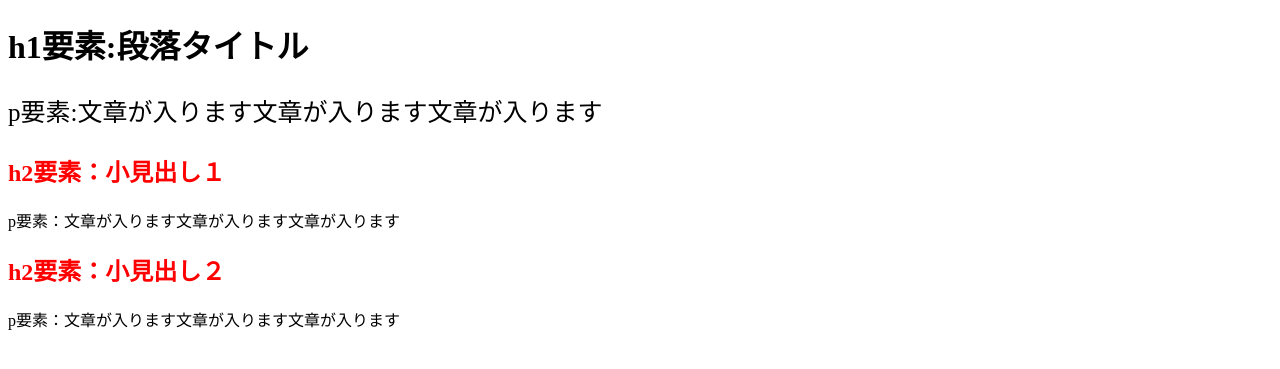
Repository: kenta0810/samurai_html-css
Page: index.html
The author's editor kept a record of every edit. The page is drawn from the files as they stood at one moment, then again after the next edit.
The browser window is 1280 px wide. The pictures show the whole page.

Above is the page before.

### index.html
<!DOCTYPE html>
<html lang="ja">
  <head>
    <meta charset="UTF-8">
    <title>HTML/CSSの学習</title>
    <style>
      h2 {
        color: red;
      }
    </style>
  </head>
  <body>
    <h1>h1要素:段落タイトル</h1>
    <p style="font-size: 25px;">
      p要素:文章が入ります文章が入ります文章が入ります
    </p>
    <h2>h2要素：小見出し１</h2>
    <p>p要素：文章が入ります文章が入ります文章が入ります</p>
    <h2>h2要素：小見出し２</h2>
    <P>p要素：文章が入ります文章が入ります文章が入ります</P>
  </body>
</html>

After the next edit:
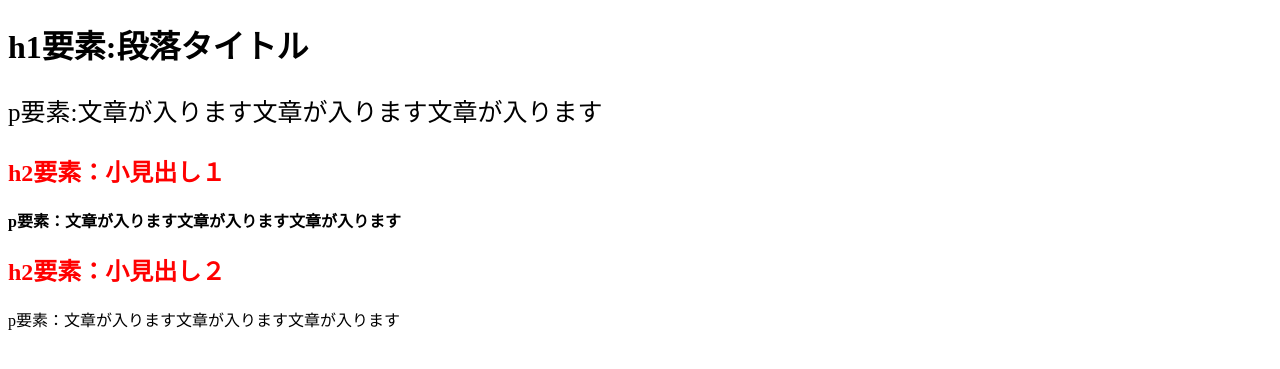
The edit:
--- a/index.html
+++ b/index.html
@@ -15,7 +15,7 @@
       p要素:文章が入ります文章が入ります文章が入ります
     </p>
     <h2>h2要素：小見出し１</h2>
-    <p>p要素：文章が入ります文章が入ります文章が入ります</p>
+    <p style="font-weight: bold;">p要素：文章が入ります文章が入ります文章が入ります</p>
     <h2>h2要素：小見出し２</h2>
     <P>p要素：文章が入ります文章が入ります文章が入ります</P>
   </body>
